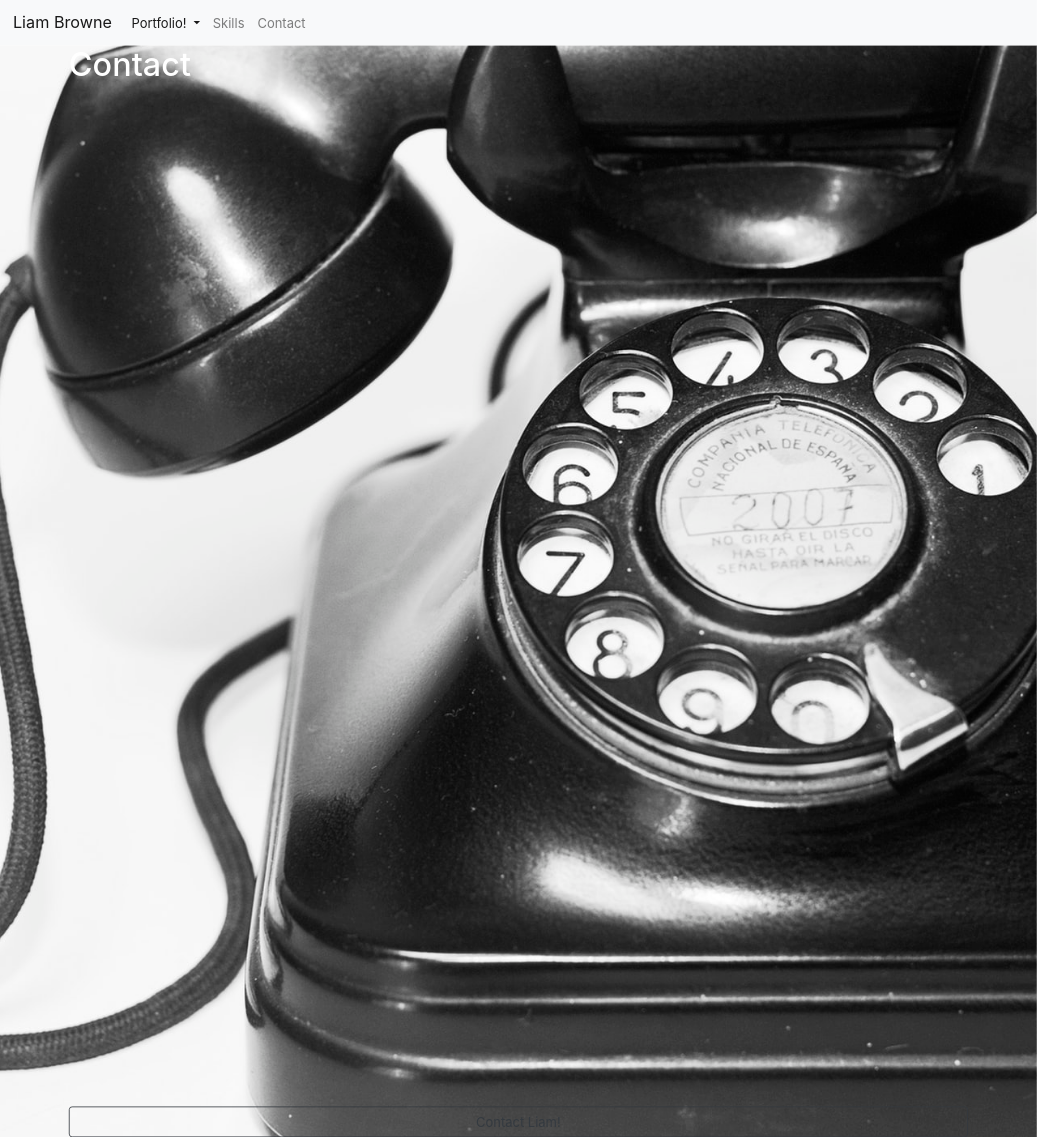
Repository: LiamB123/LiamBrowne.com.github.io
Page: contact.html
The author's editor kept a record of every edit. The page is drawn from the files as they stood at one moment, then again after the next edit.
The browser window is 1280 px wide. The pictures show the whole page, at 81% of full size.
Backgrounds fixed to the window are drawn as part of the page.

Above is the page before.

### contact.html
<!DOCTYPE html>
<html lang="en">

<head>
    <meta charset="UTF-8">
    <meta name="viewport" content="width=device-width, initial-scale=1.0">


    <meta http-equiv="X-UA-Compatible" content="ie=edge">

    <title>Liam Browne</title>

    <!--Boostrap Links for Css, Js and Jquery --->
    <link rel="stylesheet" href="https://stackpath.bootstrapcdn.com/bootstrap/4.4.1/css/bootstrap.min.css" integrity="sha384-Vkoo8x4CGsO3+Hhxv8T/Q5PaXtkKtu6ug5TOeNV6gBiFeWPGFN9MuhOf23Q9Ifjh" crossorigin="anonymous">

    <script src="https://code.jquery.com/jquery-3.4.1.slim.min.js" integrity="sha384-J6qa4849blE2+poT4WnyKhv5vZF5SrPo0iEjwBvKU7imGFAV0wwj1yYfoRSJoZ+n" crossorigin="anonymous"></script>
    <script src="https://cdn.jsdelivr.net/npm/popper.js@1.16.0/dist/umd/popper.min.js" integrity="sha384-Q6E9RHvbIyZFJoft+2mJbHaEWldlvI9IOYy5n3zV9zzTtmI3UksdQRVvoxMfooAo" crossorigin="anonymous"></script>
    <script src="https://stackpath.bootstrapcdn.com/bootstrap/4.4.1/js/bootstrap.min.js" integrity="sha384-wfSDF2E50Y2D1uUdj0O3uMBJnjuUD4Ih7YwaYd1iqfktj0Uod8GCExl3Og8ifwB6" crossorigin="anonymous"></script>


    <link rel="stylesheet" href="static/css/custom.css" type="text/css" />

</head>




<nav class="navbar navbar-expand-lg navbar-light bg-light">
    <a class="navbar-brand" href="index.html">Liam Browne </a>
    <button class="navbar-toggler" type="button" data-toggle="collapse" data-target="#navbarSupportedContent" aria-controls="navbarSupportedContent" aria-expanded="false" aria-label="Toggle navigation">
    <span class="navbar-toggler-icon"></span>
  </button>

    <div class="collapse navbar-collapse" id="navbarSupportedContent">
      <ul class="navbar-nav mr-auto">
        <li class="nav-item active nav-item dropdown">
          <a class="nav-link dropdown-toggle" href="" id="navbarDropdown" role="button" data-toggle="dropdown" aria-haspopup="true" aria-expanded="false">
          Portfolio!
        </a>
          <div class="dropdown-menu" aria-labelledby="navbarDropdown">
              <a class="dropdown-item"  href="portfolio.html">Take me there!</a>
            <a class="dropdown-item" target="_blank" href="https://liams-the-store.herokuapp.com/">E-Commerce</a>
            <a class="dropdown-item" target ="_blank" href="https://liams-booze.herokuapp.com/">Booze Clues</a>
            <div class="dropdown-divider"></div>
            <a class="dropdown-iitem" href="https://github.com/LiamB123/">

           Check out my GitHub</a>
          </div>
        </li>
        <a class="nav-link" href="Skills.html">Skills<span class="sr-only">(current)</span></a>
        </li>
        <li class="nav-item">
          <a class="nav-link" href="contact.html">Contact</a>
        </li>

      </ul>

    </div>
  </nav>

<div id="contact-img">
    <div class="container">



        <h1 class="white-lettering">
            Contact
        </h1>
        <div class="row row-flex">
            <div class="vertical-align-center">

            </div>
        </div>

        <!-- Button trigger modal -->
        <button type="button" class="btn btn-outline-dark btn-block tall " data-toggle="modal" data-target="#staticBackdrop">
    Contact Liam!
    </button>

        <!-- Modal -->
        <div class="modal fade" id="staticBackdrop" data-backdrop="static" tabindex="-1" role="dialog" aria-labelledby="staticBackdropLabel" aria-hidden="true">
            <div class="modal-dialog" role="document">
                <div class="modal-content">
                    <div class="modal-header">
                        <h5 class="modal-title" id="staticBackdropLabel">Just a few details so I can respond!</h5>
                        <button type="button" class="close" data-dismiss="modal" aria-label="Close">
          <span aria-hidden="true">&times;</span>
        </button>
                    </div>
                    <div class="modal-body">

                        <form>
                            <div class="form-group">
                                <label for="Email">Email address</label>
                                <input type="email" class="form-control" id="Email" placeholder="I will never share this information!">
                            </div>
                            <div class="form-group">
                                <label for="exampleFormControlSelect1">Is there a specific thing you want to talk about?</label>
                                <select class="form-control" id="exampleFormControlSelect1">
      <option>Just Saying Hi!</option>
      <option>Collaboration</option>
      <option>Business Opportunity</option>

    </select>
                            </div>

                            <div class="form-group">
                                <label for="exampleFormControlTextarea1">Message</label>
                                <textarea class="form-control" id="exampleFormControlTextarea1" rows="8"></textarea>
                            </div>
                            <button type="submit" class="btn btn-lg btn-outline-dark">Send!</button>
                        </form>
                    </div>
                    <div class="modal-footer">
                        <button type="button" class="btn btn-dark" data-dismiss="modal">Close</button>
                    </div>
                </div>
            </div>
        </div>
    </div>
</div>

### static/css/custom.css
/*Image Classes*/


#contact-img {
    min-height: 100vh;
    min-width: 100%;
    z-index: -1;
    background-image: url("../img/telephone.jpg");
    background-repeat: no-repeat;
    background-position: center;
    background-attachment: fixed;
}


#title-img{
    background-attachment: fixed;
    background-image: url("../img/laptop.jpg");
    background-position: bottom;
    background-size: cover;
   min-height: 100vh;
    min-width: 100%;
    margin-bottom: 0px;
    z-index: -1;
}

.white-lettering{
    color: white;
}


.vertical-align-center{
    padding-top:70%;
    text-align: center;
    padding-bottom: 40%;
}

After the next edit:
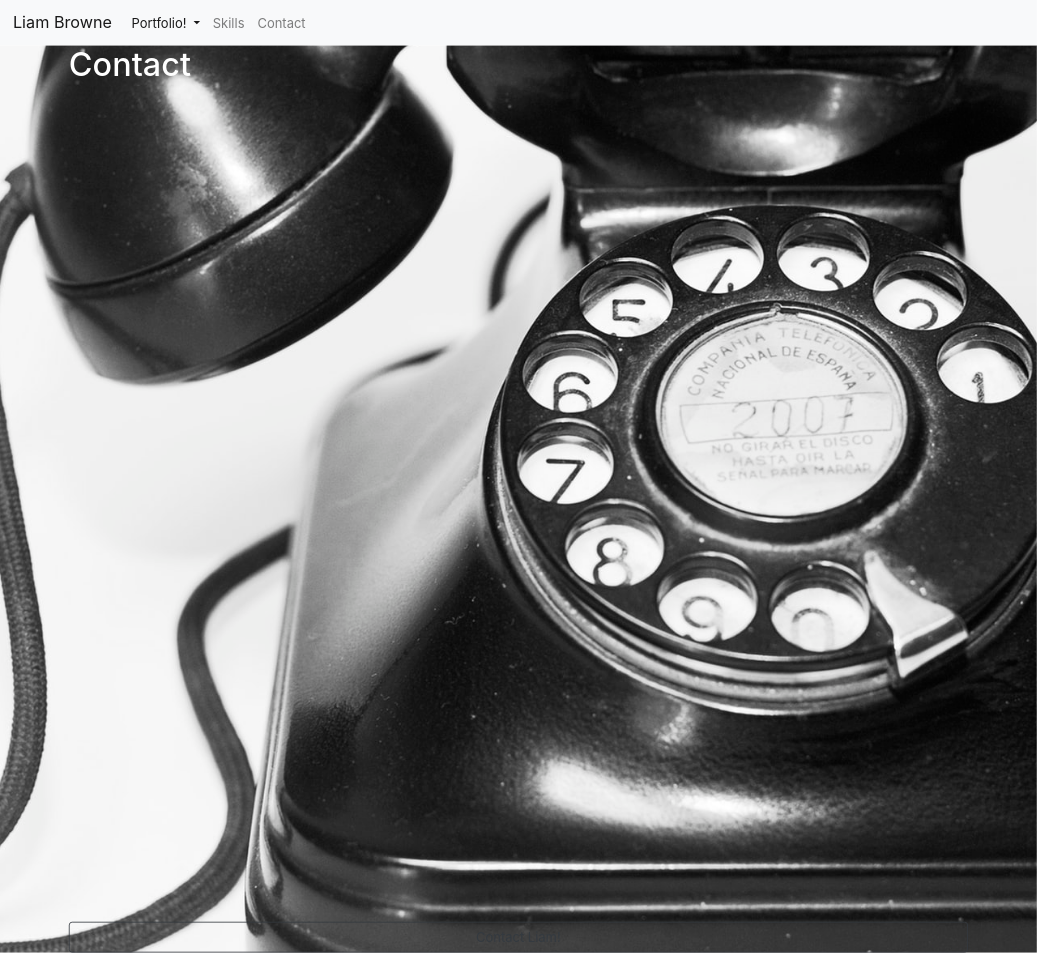
The edit:
--- a/static/css/custom.css
+++ b/static/css/custom.css
@@ -31,5 +31,5 @@
 .vertical-align-center{
     padding-top:70%;
     text-align: center;
-    padding-bottom: 40%;
+    padding-bottom: 20%;
 }
